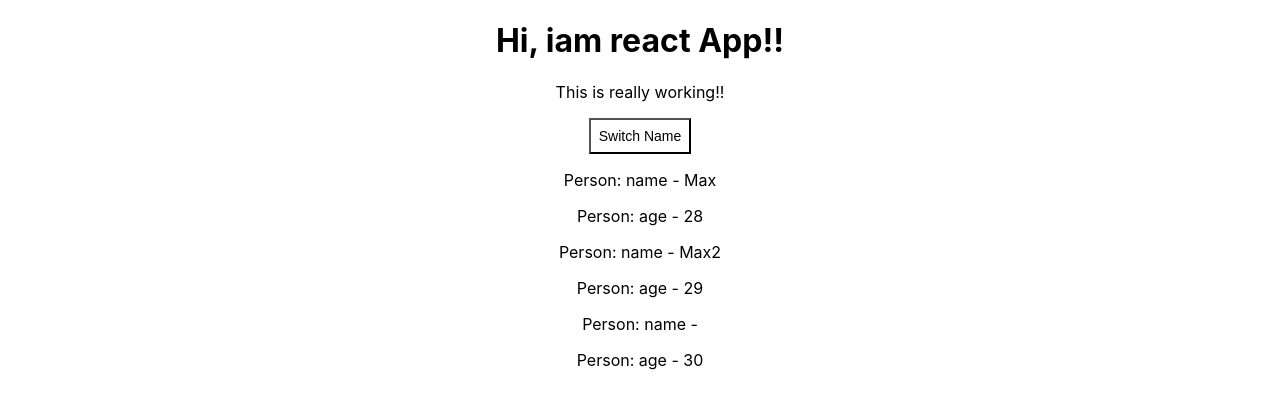
Repository: RohitMalik2/Rohit_react
Page: /
These files come from the project's save history. The page is drawn as it stood at one moment and after the next save; the edit follows.
The browser window is 1280 px wide. The pictures show the whole page.
The project was rebuilt for these pictures with package versions that can differ from the ones it lists, and the page was loaded fresh each time.

Above is the page before, as saved 2019-11-18 22:31:11.

### src/App.js
import React, { Component } from 'react';
import logo from './logo.svg';
import './App.css';
import Person from './Person/Person'

class App extends Component {

  state = {
    persons: [
      { name: 'Max', age: 28 },
      { name: 'Max2', age: 29 },
      { NAME: 'mAX3', age: 30 }
    ],
    otherState: 'some other state'
  }

  switchNameHandler = (newName) => {
    // Don't do this: this.state.persons[0].name = 'Maximilian'
    this.setState({
      persons: [
        { name: newName, age: 35 },
        { name: 'Max2', age: 29 },
        { NAME: 'mAX3', age: 30 }
      ]
    });
  }

  nameChangeHandler = (event) =>{
    this.setState({
      persons: [
        { name: 'Yash', age: 13 },
        { name: event.target.value, age: 13 },
        { name: 'Yash', age: 13 }
      ]
    })
  }


  render() {
    const style = {
      fontSize: '14px',
      backgroundColor: 'White',
      border: '1px soild blue',
      padding: '8px'
    };

    return (
      <div className="App">
        <h1>Hi, iam react App!!</h1>
        <p>This is really working!!</p>
        <button style={style} onclick={()=> this.switchNameHandler('Max!!')}>Switch Name</button>

        <Person name={this.state.persons[0].name} age={this.state.persons[0].age} />
        <Person name={this.state.persons[1].name} age={this.state.persons[1].age} />
        <Person name={this.state.persons[2].name} age={this.state.persons[2].age}/>

      </div>
    );
  };

}

export default App;

### src/Person/Person.js
import React from 'react';

const Person = (props) =>{
    return (
       <div>
            <p>Person: name - {props.name}</p>
            <p>Person: age - {props.age}</p>

       </div>
    );
};

export default Person;

Loaded but not shown: public/index.html (common file); src/index.js (common file); src/index.css (common file); src/serviceWorker.js (common file); src/App.css (common file)

After the next save:
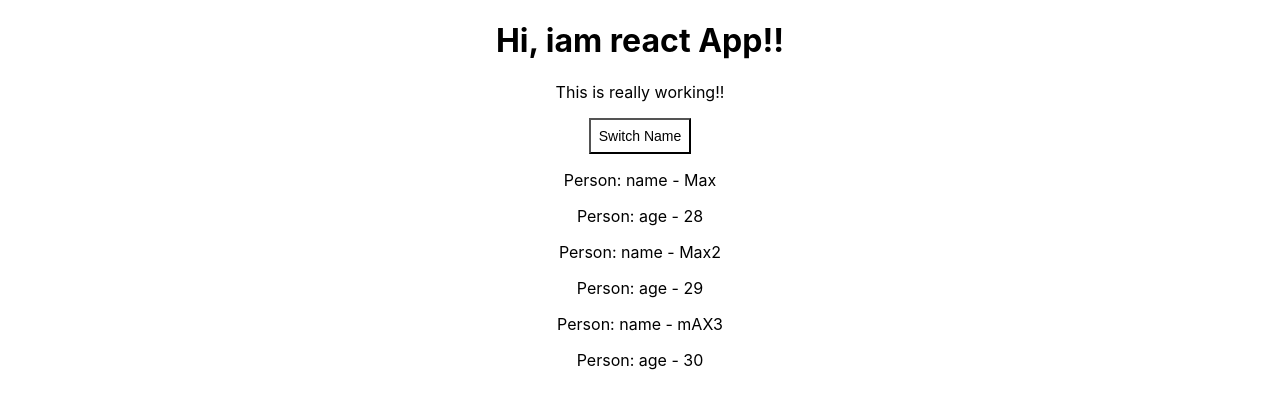
Saved 44 s later.
--- a/src/App.js
+++ b/src/App.js
@@ -9,7 +9,7 @@ class App extends Component {
     persons: [
       { name: 'Max', age: 28 },
       { name: 'Max2', age: 29 },
-      { NAME: 'mAX3', age: 30 }
+      { name: 'mAX3', age: 30 }
     ],
     otherState: 'some other state'
   }
@@ -20,7 +20,7 @@ class App extends Component {
       persons: [
         { name: newName, age: 35 },
         { name: 'Max2', age: 29 },
-        { NAME: 'mAX3', age: 30 }
+        { name: 'mAX3', age: 30 }
       ]
     });
   }
@@ -52,7 +52,7 @@ class App extends Component {
 
         <Person name={this.state.persons[0].name} age={this.state.persons[0].age} />
         <Person name={this.state.persons[1].name} age={this.state.persons[1].age} />
-        <Person name={this.state.persons[2].name} age={this.state.persons[2].age}/>
+        <Person name={this.state.persons[2].name} age={this.state.persons[2].age} />
 
       </div>
     );
